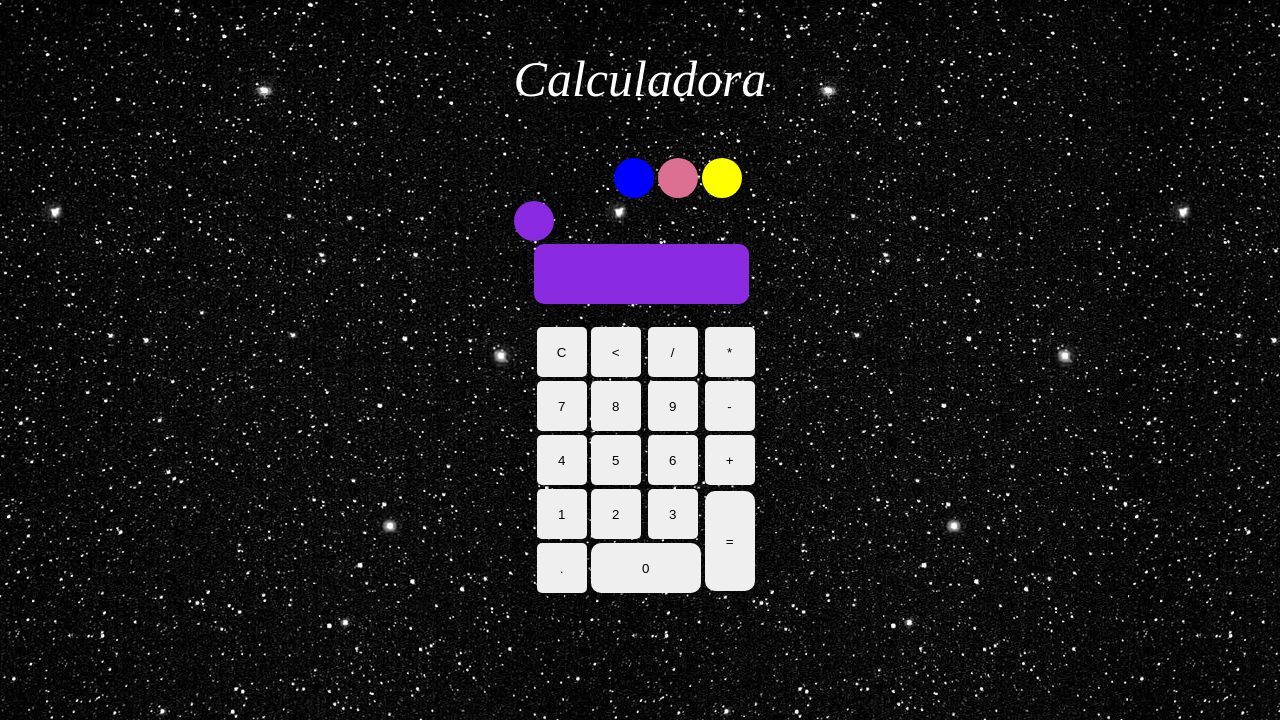
Repository: mariele-huff/calculadora
Page: index.html
These files come from the project's save history. The page is drawn as it stood at one moment and after the next save; the edit follows.
The browser window is 1280 px wide. The pictures show the whole page.

Above is the page before, as saved 2022-08-14 20:34:53.

After the next save:
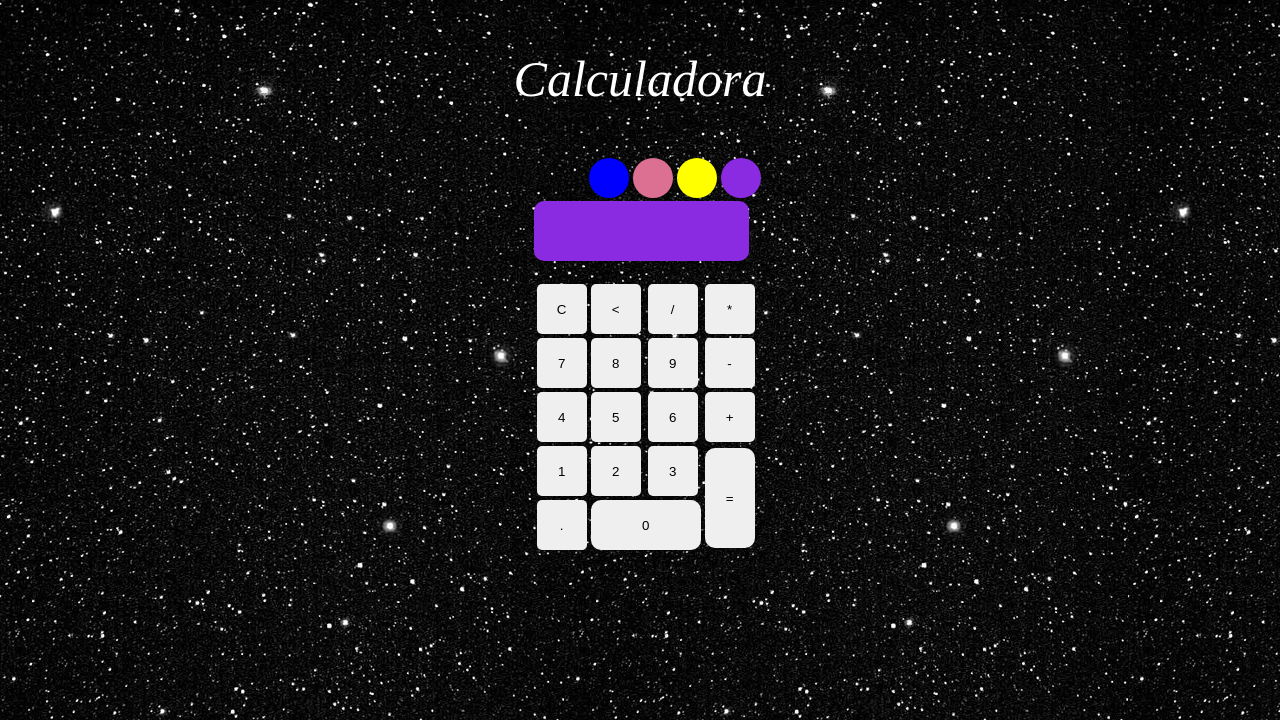
Saved 9 s later.
--- a/style.css
+++ b/style.css
@@ -82,7 +82,7 @@ table {
     width: 100%;
 }
 .corAzul{
-    margin-left: 40%;
+    margin-left: 30%;
     border-radius: 100%;
     border: thin;
     height: 40px;
